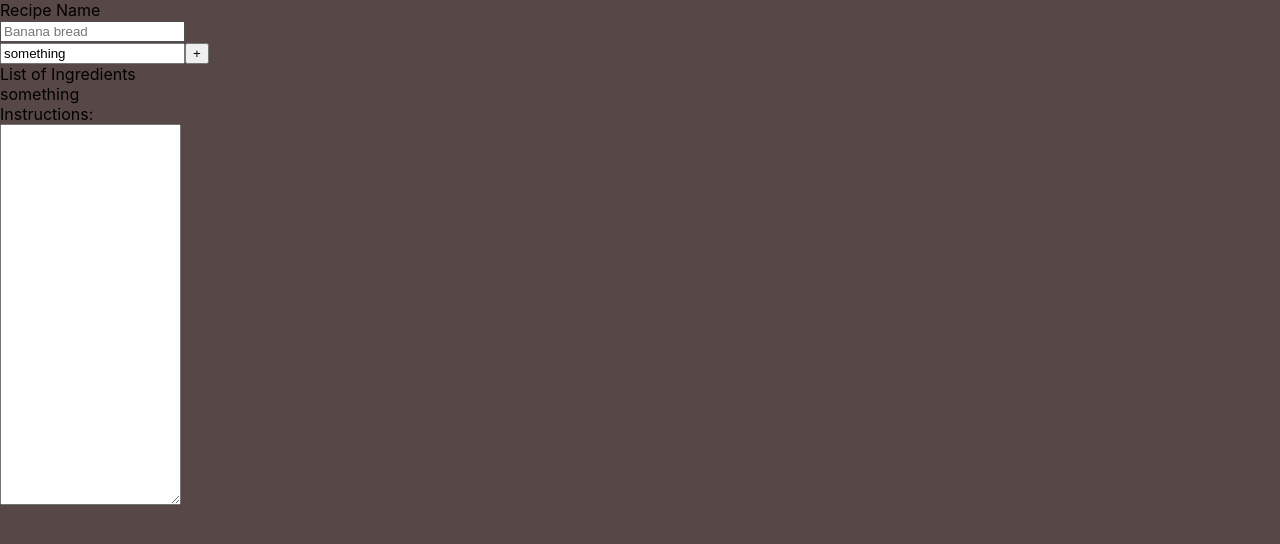
Repository: cdart1/React_Recipe_App
Page: / (app in recipe_app/)
These files come from the project's save history. The page is drawn as it stood at one moment and after the next save; the edit follows.
The browser window is 1280 px wide. The pictures show the whole page.
The project was rebuilt for these pictures with package versions that can differ from the ones it lists, and the page was loaded fresh each time.

Above is the page before, as saved 2021-03-14 17:13:49.

After the next save:
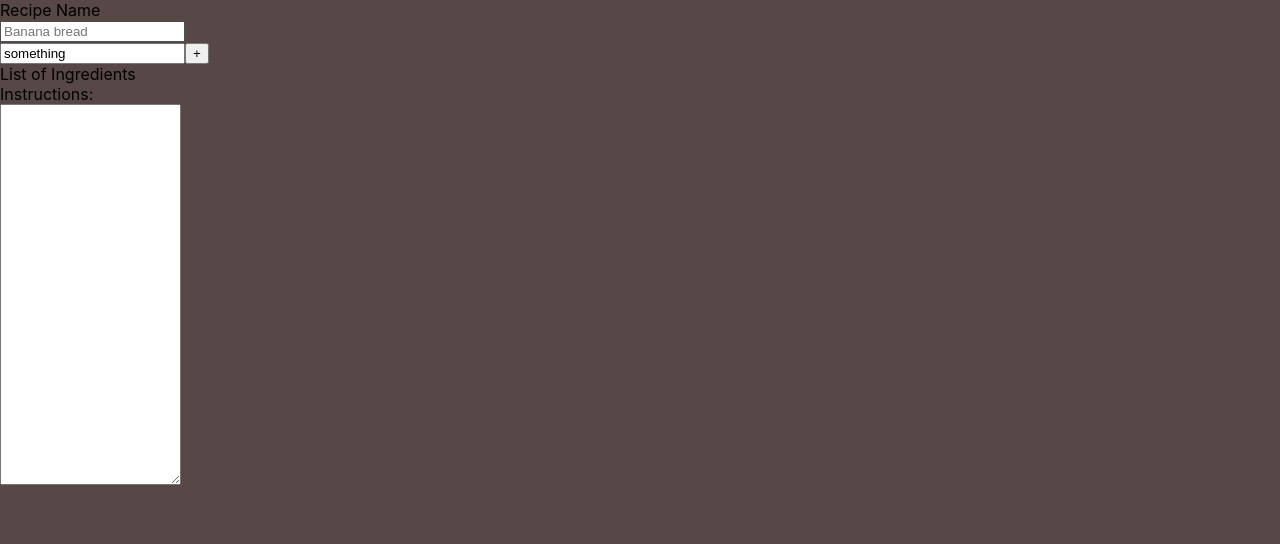
Saved 20 s later.
--- a/recipe_app/src/Components/form.js
+++ b/recipe_app/src/Components/form.js
@@ -33,8 +33,6 @@ const addIngredientHandler = () => {
                         )}
                     </ListGroup>
                 </Card>
-                <Ingredient ingredient="something" />
-
             </Form.Group>
             <Form.Group>
                 <Form.Label>Instructions:</Form.Label><br></br>
